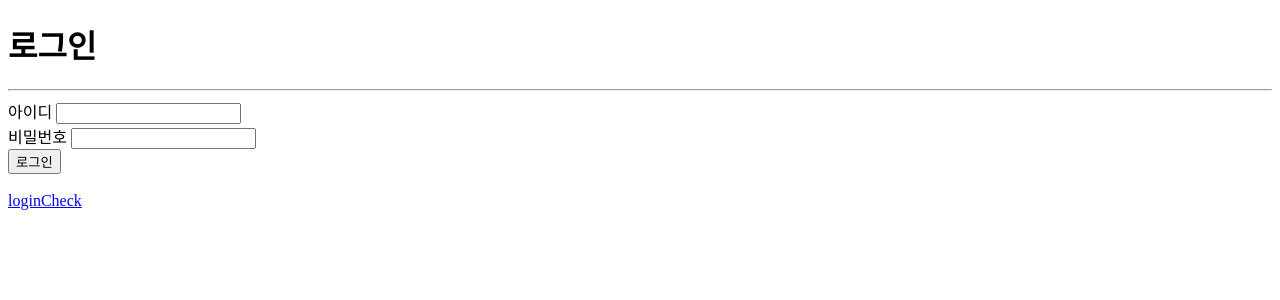
Repository: hhw9797/bitcampjn201904
Page: http://localhost/FirstWeb/cookie/member/loginForm.jsp
The author's editor kept a copy of each file at every save. The page is drawn from the files as they stood at one save, then again after the next save.
The browser window is 1280 px wide. The pictures show the whole page.
The page is served by Tomcat 9. Other server files are loaded and not shown.

Above is the page before, as saved 2019-06-25 08:01:55.

### html/html5/jsp/FirstWeb/WebContent/cookie/member/loginForm.jsp
<%@ page language="java" contentType="text/html; charset=UTF-8"
	pageEncoding="UTF-8"%>
<!DOCTYPE html>
<html>
<head>
<meta charset="UTF-8">
<title>Insert title here</title>
<script src="https://code.jquery.com/jquery-1.12.4.js"></script>
<style>
</style>
</head>
<body>

	<h1>로그인</h1>
	<hr>
	<form action="login.jsp" method="post">
		아이디 <input type="text" name="id"> <br>
		비밀번호 <input type="password" name="pw"> <br>
		<input type="submit" value="로그인">
	</form>

	<br>
	<a href="loginCheck.jsp">loginCheck</a>
</body>
</html>

After the next save:
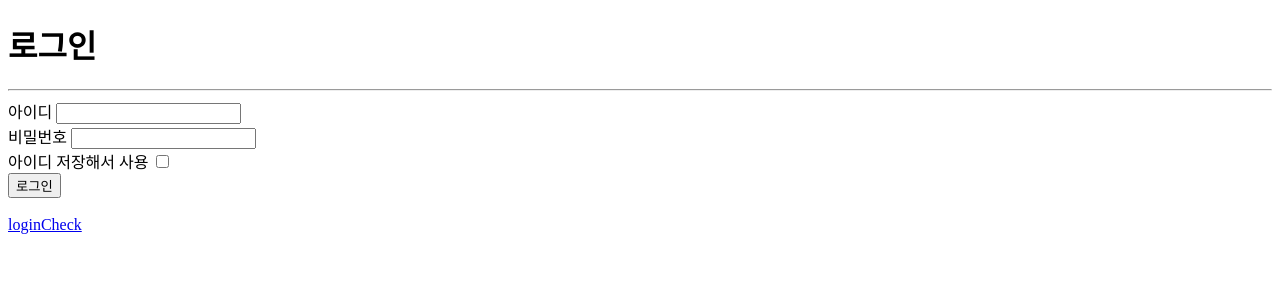
Saved 7 min 30 s later.
--- a/html/html5/jsp/FirstWeb/WebContent/cookie/member/loginForm.jsp
+++ b/html/html5/jsp/FirstWeb/WebContent/cookie/member/loginForm.jsp
@@ -16,6 +16,7 @@
 	<form action="login.jsp" method="post">
 		아이디 <input type="text" name="id"> <br>
 		비밀번호 <input type="password" name="pw"> <br>
+		아이디 저장해서 사용 <input type="checkbox"> <br>
 		<input type="submit" value="로그인">
 	</form>
 
